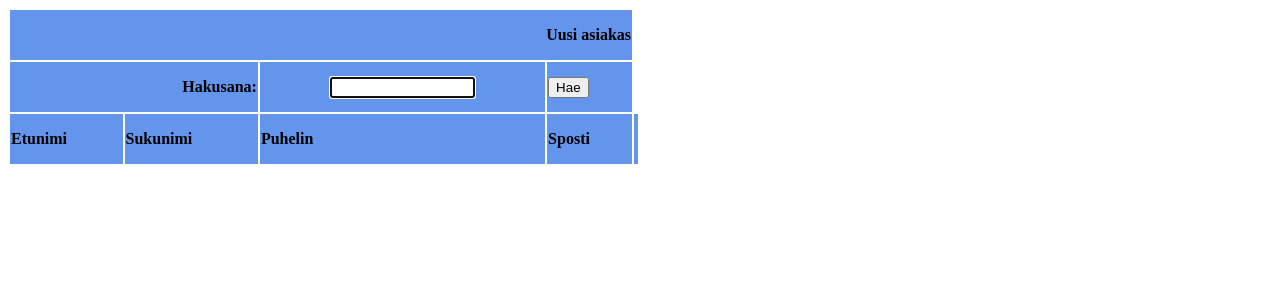
Repository: RVeridium/Asiakas-listaus
Page: http://localhost/Noutaja/listaaasiakkaat.jsp
An editor plug-in stored every save of this project. The page is shown before and after the next save, followed by the edit.
The browser window is 1280 px wide. The pictures show the whole page.
The page is served by Tomcat 9.

Above is the page before, as saved 2020-11-23 14:06:15.

After the next save:
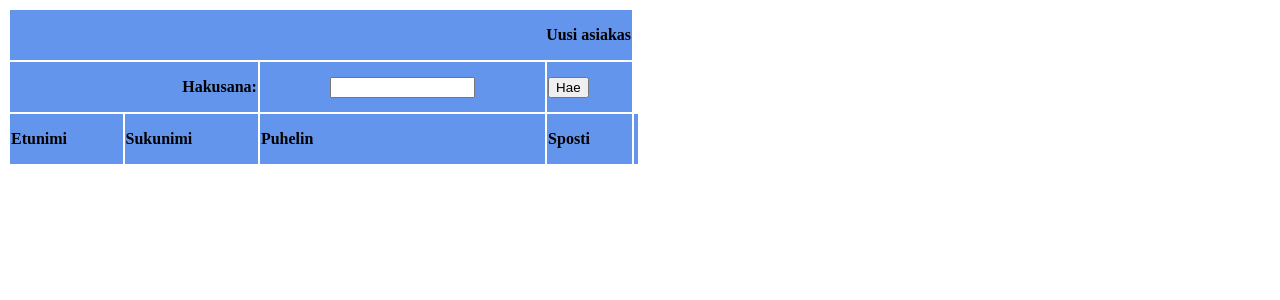
Console error: SyntaxError: Unexpected identifier 'asiakas_id'
Saved 5 min 57 s later.
--- a/Noutaja/WebContent/listaaasiakkaat.jsp
+++ b/Noutaja/WebContent/listaaasiakkaat.jsp
@@ -69,7 +69,7 @@
 		}});
 	}
 
-	function poista(asiakas_id) {
+	function poista(String asiakas_id) {
 		if(confirm("Poista asiakas " + asiakas_id +"?")){
 			$.ajax({url:"asiakkaat/"+asiakas_id, type:"DELETE", dataType:"json", success:function(result) { //result on joko {"response:1"} tai {"response:0"}
 		        if(result.response==0){

After the 3 saves that followed:
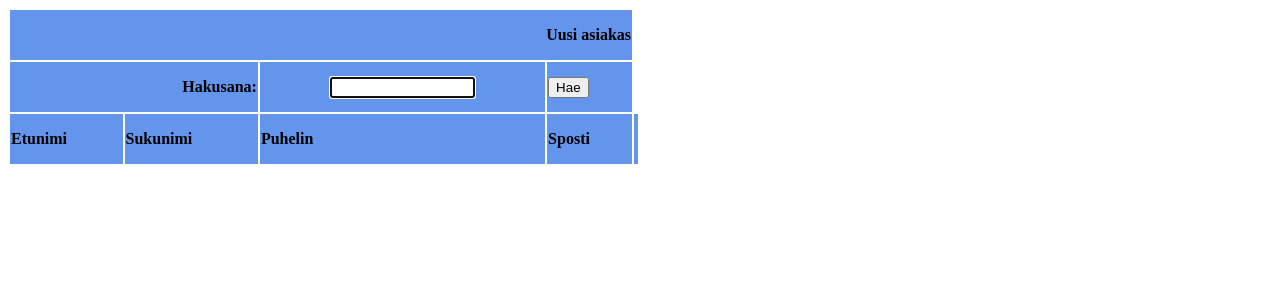
The error is gone.
The 3 saves are shown as one change because 2 left the picture as it was.
The last was saved 2 min 34 s later.
--- a/Noutaja/WebContent/listaaasiakkaat.jsp
+++ b/Noutaja/WebContent/listaaasiakkaat.jsp
@@ -67,9 +67,9 @@
 				$("#lista tbody").append(rowStr);
 			});
 		}});
-	}
+	};
 
-	function poista(String asiakas_id) {
+	function poista(asiakas_id) {
 		if(confirm("Poista asiakas " + asiakas_id +"?")){
 			$.ajax({url:"asiakkaat/"+asiakas_id, type:"DELETE", dataType:"json", success:function(result) { //result on joko {"response:1"} tai {"response:0"}
 		        if(result.response==0){
@@ -82,7 +82,7 @@
 		    }});
 		}
 
-	}
+	};
 
 </script>
 
